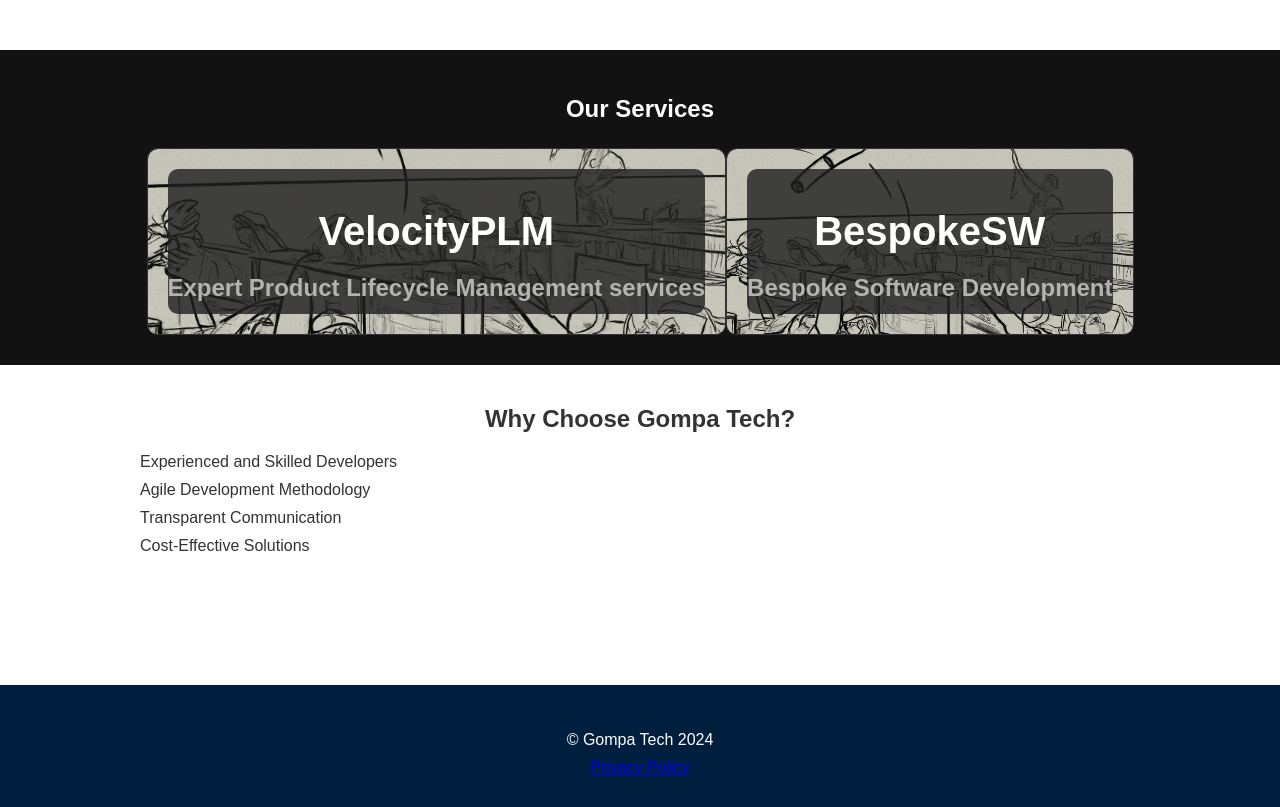
Repository: gompatech/website
Page: d3/index.html
These files come from the project's save history. The page is drawn as it stood at one moment and after the next save; the edit follows.
The browser window is 1280 px wide. The pictures show the part of the page from y = 257 to 1092 px (the page is 1064 px tall before and 1092 px after).

Above is the page before, as saved 2024-07-24 12:12:52.

### d3/index.html
<!DOCTYPE html>
<html lang="en">
<head>
  <meta charset="UTF-8">
  <meta name="viewport" content="width=device-width, initial-scale=1.0">
  <title>Gompa Tech - Software Development Solutions</title>
  <link rel="stylesheet" href="./style.css">
</head>
<body>
  <header class="navy-bg">
    <div class="container">
      <a href="#" class="logo">Gompa Tech</a>
      <nav>
        <ul>
          <li><a href="#">Home</a></li>
          <li><a href="#">Services</a></li>
          <li><a href="#">About Us</a></li>
          <li><a href="#">Contact</a></li>
        </ul>
      </nav>
    </div>
  </header>

  <main>
    <section class="hero">
      <div class="container">
        <h1>Empowering Your Business with Innovative Software Solutions</h1>
        <p>We specialize in bespoke software development Product Lifecycle Managment software services.</p>
        <a href="#" class="button">Get a Free Quote</a>
        <img src="images/hero-bg.jpg" alt="Code Background Image" class="hero-img">
      </div>
    </section>

    <section class="services navy-bg">
      <div class="container">
        <h2>Our Services</h2>
          <div class="services">
            <div class="services-container">
                <div class="text-content">
                    <h1>VelocityPLM</h1>
                    <h2>Expert Product Lifecycle Management services</h2>
                </div>
                <img src="./images/vPLMold.jpg" alt="VelocityPLM Old" class="active">
                <img src="./images/vPLMnew.jpg" alt="VelocityPLM New" class="inactive">
            </div>
            <div class="services-container">
                <div class="text-content">
                    <h1>BespokeSW</h1>
                    <h2>Bespoke Software Development</h2>
                </div>
                <img src="./images/vPLMold.jpg" alt="VelocityPLM Old" class="active">
                <img src="./images/vPLMnew.jpg" alt="VelocityPLM New" class="inactive">
            </div>
        </div>
      </div>
    </section>

    <section class="benefits">
      <div class="container">
        <h2>Why Choose Gompa Tech?</h2>
        <ul>
          <li>Experienced and Skilled Developers</li>
          <li>Agile Development Methodology</li>
          <li>Transparent Communication</li>
          <li>Cost-Effective Solutions</li>
        </ul>
      </div>
    </section>
  </main>

  <footer class="navy-bg">
    <div class="container">
      <p>&copy; Gompa Tech 2024</p>
      <a href="#">Privacy Policy</a>
    </div>
  </footer>
</body>
<style>
  .services {
      font-family: Arial, sans-serif;
      margin: 0;
      padding: 0;
      display: flex;
      flex-wrap: wrap;
      justify-content: center;
      align-items: center;
/*            height: 100vh;  */
      background-color: #121212;
      color: #ffffff;
      padding: 5px;
  }
  .services-container {
/*      width: 40%;*/
      padding: 20px;
      border: 1px solid #333;
      border-radius: 10px;
      background-color: #1e1e1e;
      box-sizing: border-box;
      display: flex;
      flex-direction: column;
      align-items: center;
      justify-content: center;
      position: relative;
      overflow: hidden;
  }
  .services-container img {
      width: 100%;
      height: auto;
      max-height: 300px;
      object-fit: cover;
      border-radius: 10px;
      position: absolute;
      top: 0;
      left: 0;
      opacity: 0;
      transition: opacity 1s ease-in-out;
  }
  .services-container img.active {
      opacity: 1;
      z-index: 1;
  }
  .services-container img.inactive {
      z-index: 0;
  }
  .text-content {
      position: relative;
      z-index: 2;
      text-align: center;
      padding-top: 20px;
      background: rgba(30, 30, 30, 0.8);
      border-radius: 10px;
  }
  .services-container h1 {
      font-size: 2.5em;
      margin: 0.5em 0;
  }
  .services-container h2 {
      font-size: 1.5em;
      margin: 0.5em 0;
      color: #b3b3b3;
  }
  @media (max-width: 600px) {
      .services-container {
          width: 100%;
      }
      .services-container h1 {
          font-size: 2em;
      }
      .services-container h2 {
          font-size: 1.2em;
      }
  }
</style>
</html>

### d3/style.css
/* Basic styles */
body {
  font-family: sans-serif;
  margin: 0;
  padding: 0;
}

.container {
  max-width: 1000px;
  margin: 0 auto;
  padding: 20px;
}

/* Header */
header {
  background-color: #001F3F;  /* Navy blue */
  color: #fff;
  padding: 10px 0;
}

.logo {
  font-size: 2em;
  font-weight: bold;
  text-decoration: none;
  color: #fff;
}

nav {
  float: right;
}

nav ul {
  list-style: none;
  margin: 0;
  padding: 0;
}

nav li {
  display: inline-block;
  margin-left: 20px;
}

nav a {
  color: #fff;
  text-decoration: none;
  padding: 5px 10px;
}

nav a:hover {
  background-color: #2F4F4F; /* Darker navy blue on hover */
  transition: background-color 0.3s ease;
}

/* Main content */
main {
  padding-bottom: 50px;
  color: #333;
}

section {
  margin-bottom: 50px;
}

h1, h2 {
  text-align: center;
  margin-bottom: 20px;
}

.hero {
  position: relative;
}

.hero-img {
  position: absolute;
  top: 0;
  left: 0;
  width: 100%;
  height: 100%;
  opacity: 0.3; /* Set the transparency level for the background image */
}

.service-card {
  display: flex;
  align-items: center;
  margin-bottom: 20px;
  padding: 20px;
  border: 1px solid #ddd;
  border-radius: 5px;
}

.service-card img {
  width: 100px;
  margin-right: 20px;
}

.benefits ul {
  list-style: none;
  margin: 0;
  padding: 0;
}

.benefits li {
  margin-bottom: 10px;
}

/* Footer */
footer {
  background-color: #001F3F;
  color: #fff;
  padding: 10px 0;
  text-align: center;
}

footer p {
  margin-bottom: 10px;
}

After the next save:
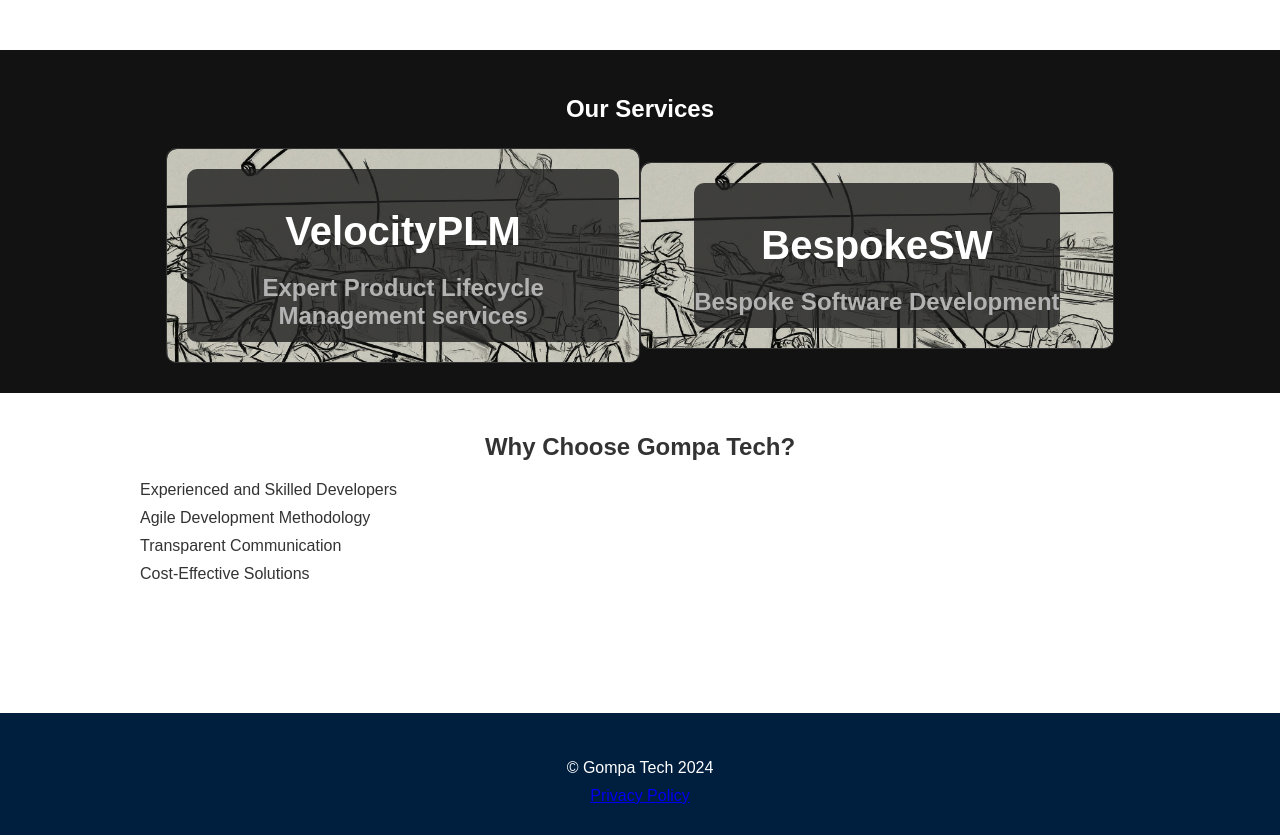
Saved 97 s later.
--- a/d3/index.html
+++ b/d3/index.html
@@ -90,7 +90,7 @@
       padding: 5px;
   }
   .services-container {
-/*      width: 40%;*/
+      width: 48%;
       padding: 20px;
       border: 1px solid #333;
       border-radius: 10px;
